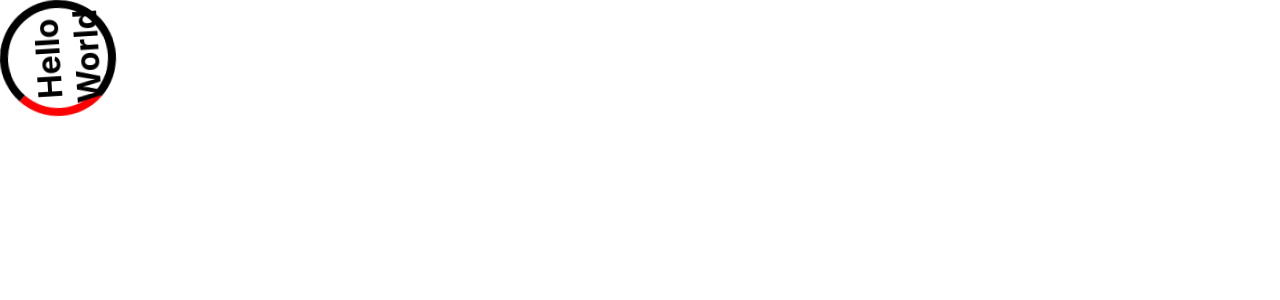
Repository: DeepikaSuretek/React
Page: / (app in practice-app/)
An editor plug-in stored every save of this project. The page is shown before and after the next save, followed by the edit.
The browser window is 1280 px wide. The pictures show the whole page.
The project was rebuilt for these pictures with package versions that can differ from the ones it lists, and the page was loaded fresh each time.

Above is the page before, as saved 2024-07-08 17:38:52.

After the next save:
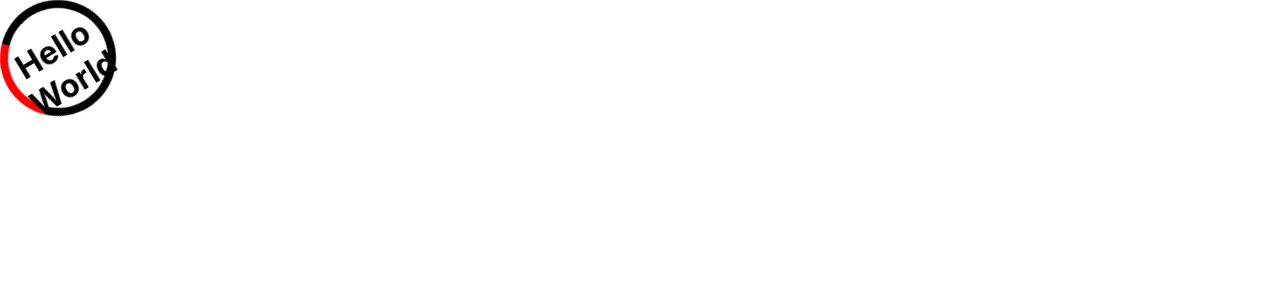
Saved 49 s later.
--- a/practice-app/src/App.css
+++ b/practice-app/src/App.css
@@ -43,5 +43,5 @@
   border: 8px solid;
   border-color: black black black red;
   border-radius: 50%;
-  animation: App-logo-spin 2s linear infinite;
+  animation: App-logo-spin 6s linear infinite;
 }
